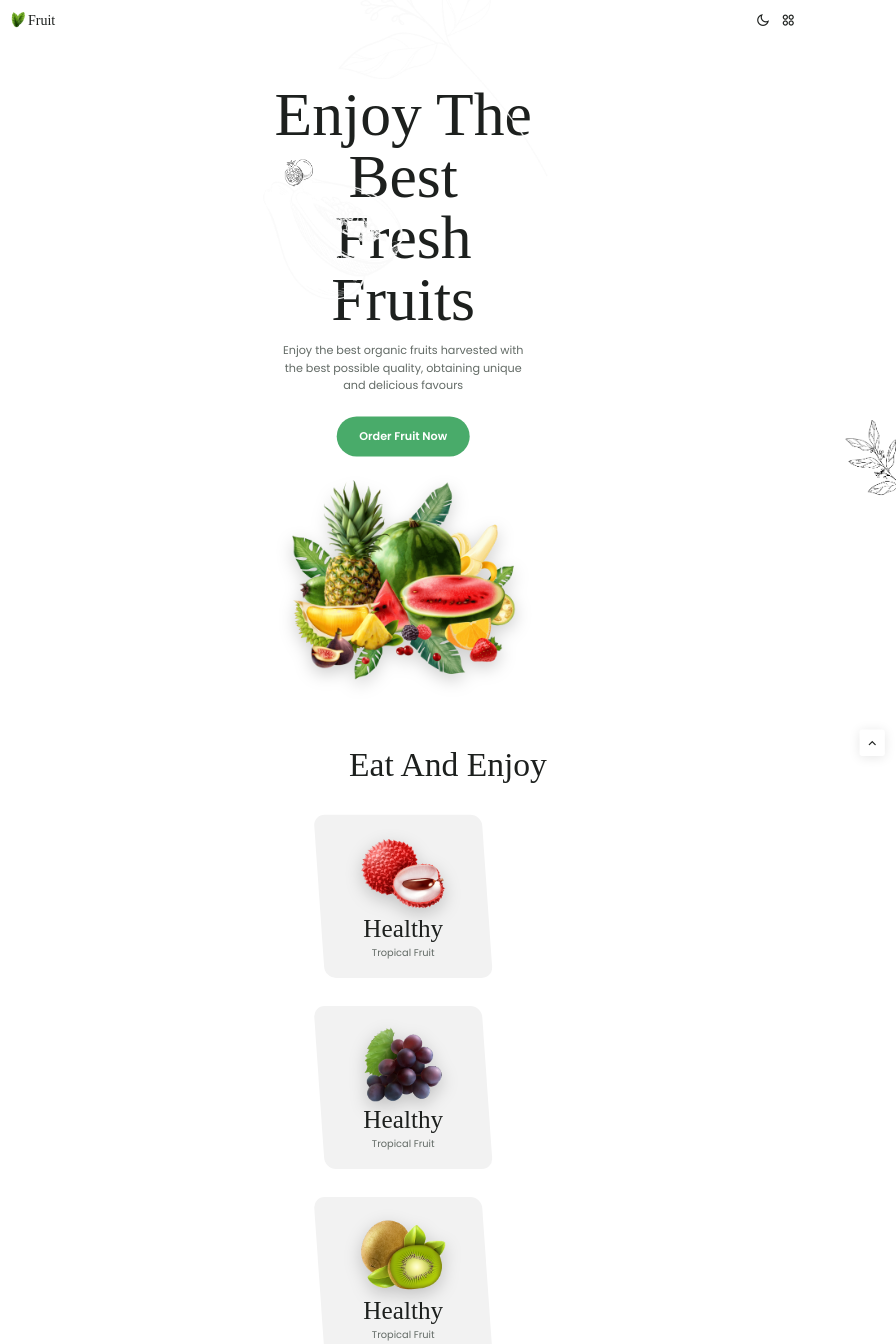
Repository: dinhhaidh/fruit
Page: index.html
An editor plug-in stored every save of this project. The page is shown before and after the next save, followed by the edit.
The browser window is 1280 px wide. The pictures show the part of the page from y = 0 to 1920 px (the page is 5931 px tall before and 5611 px after), at 70% of full size.
Some web fonts or font styles are not loaded; a fallback is used.

Above is the page before, as saved 2024-02-19 16:24:26.
Console error: ReferenceError: ScrollReveal is not defined

After the next save:
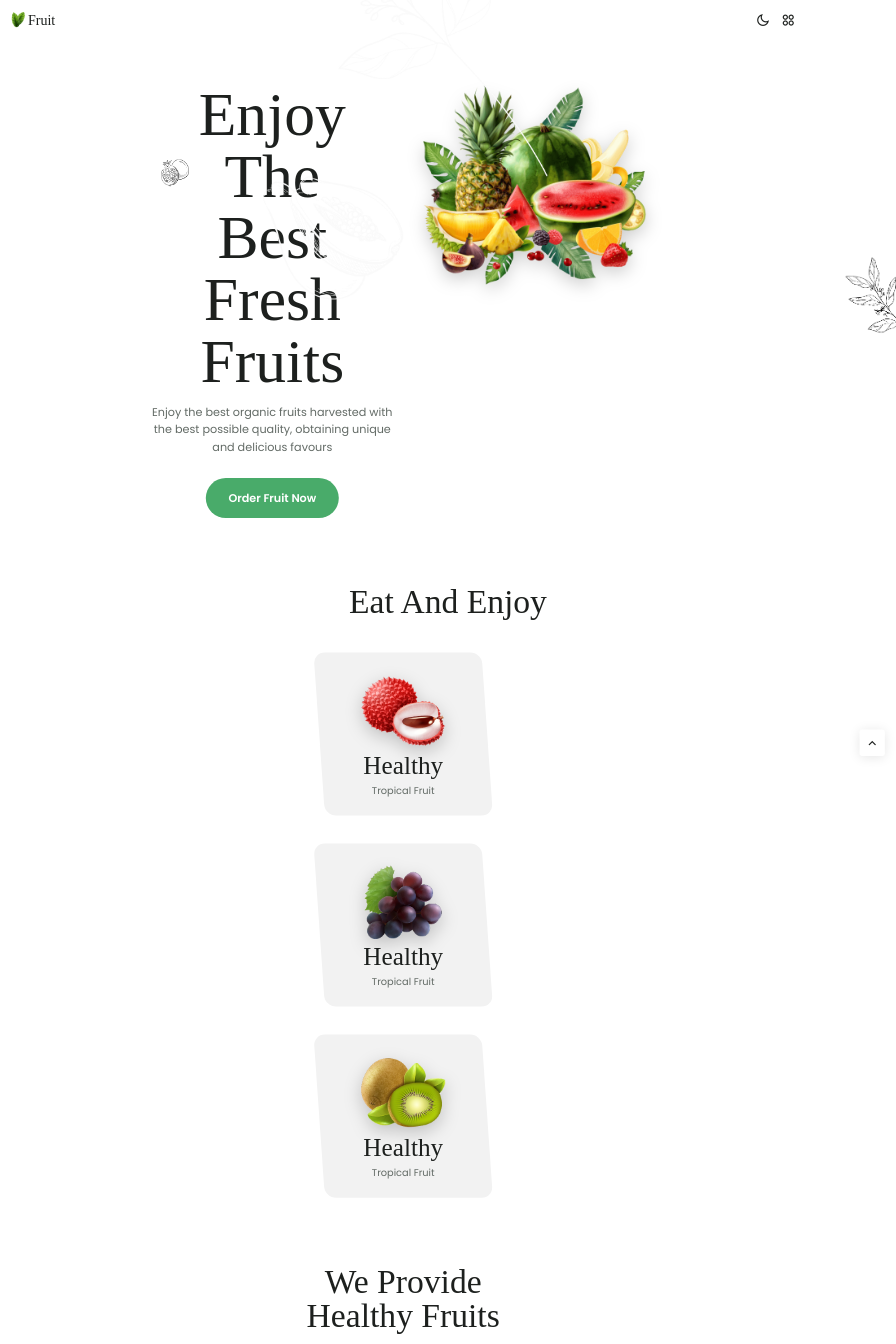
Saved 6 s later.
--- a/css/style.css
+++ b/css/style.css
@@ -709,7 +709,7 @@ img {
 
 @media screen and (min-width: 768px) {
     .home__container{
-        grid-template-columns: repeat();
+        grid-template-columns: repeat(2, 350px);
     }
 }
 
